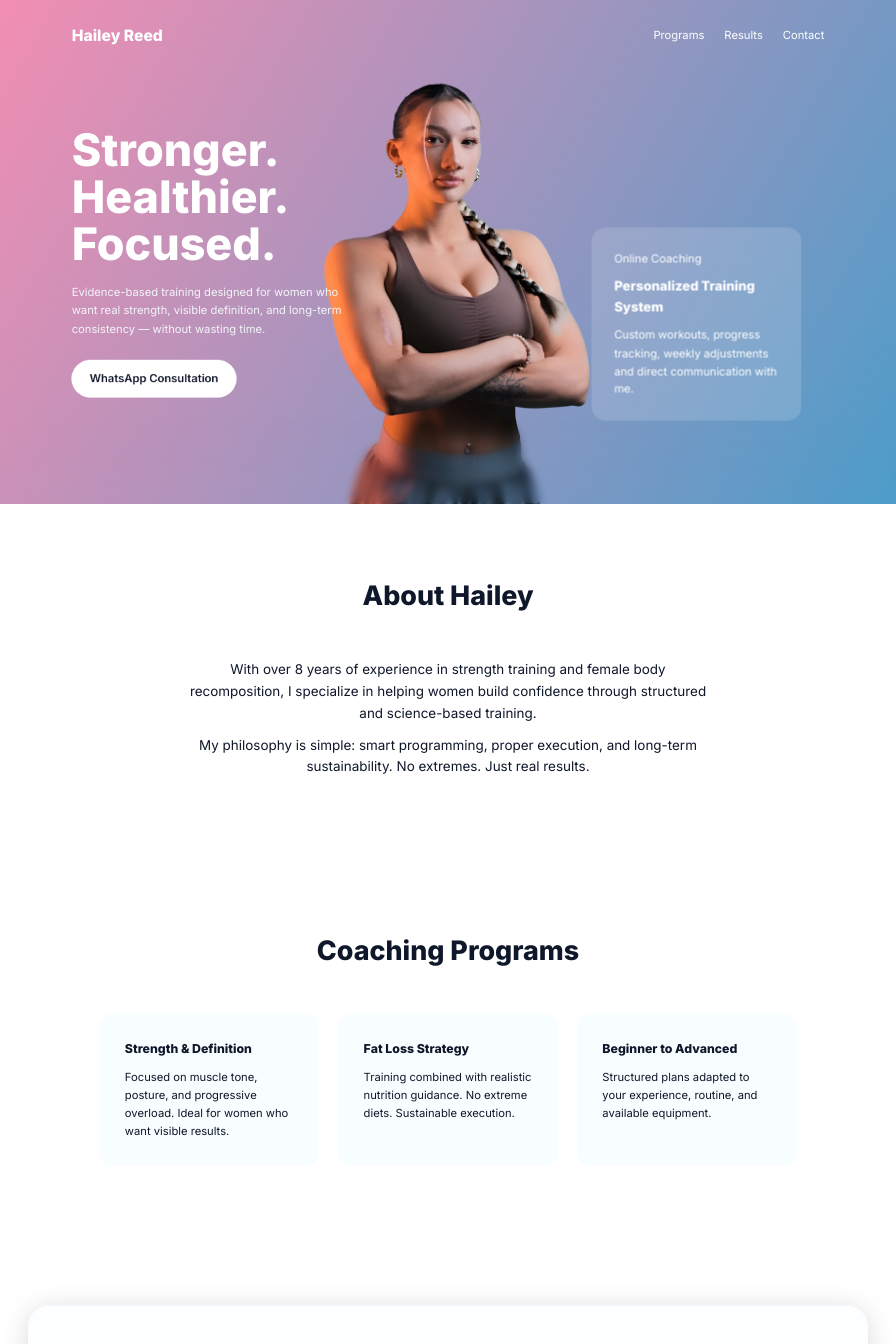
Repository: davidfsillva/Hailey-Reed-Coaching
Page: index.html
The author's editor kept a copy of each file at every save. The page is drawn from the files as they stood at one save, then again after the next save.
The browser window is 1280 px wide. The pictures show the part of the page from y = 0 to 1920 px (the page is 4763 px tall), at 70% of full size.

Above is the page before, as saved 2026-02-13 12:21:25.

### index.html
<!DOCTYPE html>
<html lang="en">
<head>
  <meta charset="UTF-8" />
  <meta name="viewport" content="width=device-width, initial-scale=1.0" />
  <title>Personal Trainer | Online Coaching</title>
  <link rel="stylesheet" href="style.css" />
  <link rel="preconnect" href="https://fonts.googleapis.com">
  <link rel="preconnect" href="https://fonts.gstatic.com" crossorigin>
  <link href="https://fonts.googleapis.com/css2?family=Inter:wght@400;600;800&display=swap" rel="stylesheet">
</head>
<body>

<header class="hero">
  <nav class="nav">
    <h1 class="logo">Hailey Reed</h1>
    <div class="nav-links">
      <a href="#programs">Programs</a>
      <a href="#results">Results</a>
      <a href="#ct">Contact</a>
    </div>
  </nav>

  <img class="hero-img" src="img/Photoroom_20260211_45117 PM.png" alt="Trainer" />

  <div class="hero-gradient"></div>

  <div class="hero-content">
    <div class="hero-text">
<h2 class="hero-title">
  Stronger. <br>
  Healthier. <br>
  Focused.
</h2>

      <p>
        Evidence-based training designed for women who <br>
        want real strength, visible definition, and long-term <br>
        consistency — without wasting time.
      </p>
      <div class="cta-group hero-cta">
        <a href="https://wa.me/5599999999999" target="_blank" class="btn primary whatsapp-btn">
          WhatsApp Consultation
        </a>
      </div>
    </div>

    <div class="hero-card">
      <span class="tag">Online Coaching</span>
      <h3>Personalized Training System</h3>
      <p>
        Custom workouts, progress tracking, weekly adjustments
        and direct communication with me.
      </p>
    </div>
  </div>
</header>

<!-- ABOUT SECTION -->
<section class="section">
  <h3>About Hailey</h3>
  <div class="testimonial">
    <p>
      With over 8 years of experience in strength training and female body
      recomposition, I specialize in helping women build confidence through
      structured and science-based training.
    </p>
    <p>
      My philosophy is simple: smart programming, proper execution,
      and long-term sustainability. No extremes. Just real results.
    </p>
  </div>
</section>

<section id="programs" class="section">
  <h3>Coaching Programs</h3>

  <div class="cards">
    <div class="card">
      <h4>Strength & Definition</h4>
      <p>
        Focused on muscle tone, posture, and progressive overload.
        Ideal for women who want visible results.
      </p>
    </div>

    <div class="card">
      <h4>Fat Loss Strategy</h4>
      <p>
        Training combined with realistic nutrition guidance.
        No extreme diets. Sustainable execution.
      </p>
    </div>

    <div class="card">
      <h4>Beginner to Advanced</h4>
      <p>
        Structured plans adapted to your experience, routine,
        and available equipment.
      </p>
    </div>
  </div>
</section>

<!-- HOW IT WORKS -->
<section class="section dark">
  <h3>How It Works</h3>

  <div class="cards">
    <div class="card">
      <h4>1. Initial Consultation</h4>
      <p>
        We discuss your goals, routine, training history,
        and current physical condition.
      </p>
    </div>

    <div class="card">
      <h4>2. Custom Plan Creation</h4>
      <p>
        A personalized workout structure is designed
        specifically for your body and objectives.
      </p>
    </div>

    <div class="card">
      <h4>3. Weekly Adjustments</h4>
      <p>
        Progress tracking and adjustments ensure continuous
        improvement and optimal results.
      </p>
    </div>
  </div>
</section>

<section id="results" class="section dark">
  <h3>Client Feedback</h3>

  <div class="testimonial">
    <p>
      “This coaching completely changed how I train.
      Every session has a clear purpose and I finally feel strong.”
    </p>
    <span>— Samantha M.</span>
  </div>
</section>

<!-- TRANSFORMATION PROCESS -->
<section class="section">
  <h3>The Transformation Process</h3>

  <div class="testimonial">
    <p>
      Sustainable transformation is not about intensity —
      it's about consistency.
    </p>
    <p>
      Through progressive overload, intelligent recovery,
      and realistic nutrition, we create measurable and lasting results.
    </p>
  </div>
</section>

<!-- FAQ -->
<section class="section">
  <h3>Frequently Asked Questions</h3>

  <div class="cards">
    <div class="card">
      <h4>Do I need gym access?</h4>
      <p>
        Not necessarily. Programs can be adapted for home training
        with minimal equipment.
      </p>
    </div>

    <div class="card">
      <h4>Is nutrition included?</h4>
      <p>
        Yes. You receive structured guidance focused on sustainable habits,
        not restrictive diets.
      </p>
    </div>

    <div class="card">
      <h4>How long until I see results?</h4>
      <p>
        Most clients notice strength improvements within weeks
        and visible body changes within 8–12 weeks.
      </p>
    </div>
  </div>
</section>

<!-- FINAL CTA SECTION -->
<section id="ct" class="section dark">
  <div class="testimonial">
    <h3>Ready to Transform?</h3>
    <p>
      Your strongest, healthiest version starts with a decision.
      Let’s build it together.
    </p>
    <div class="cta-group center">
      <a href="https://wa.me/5599999999999" target="_blank" class="btn primary">
        Apply for Coaching
      </a>
    </div>
  </div>
</section>

<footer class="footer">
  <p>© 2026 Hailey Reed Coaching. All rights reserved.</p>
</footer>

<script src="script.js"></script>
</body>
</html>

### style.css
:root {
  --pink: #f07aa5;
  --blue: #2e8bc0;
  --dark: #0f172a;
  --light: #ffffff;
  --muted: #cbd5e1;
}

/* ================= RESET ================= */
* {
  margin: 0;
  padding: 0;
  box-sizing: border-box;
  font-family: 'Inter', sans-serif;
}

body {
  background: var(--light);
  color: var(--dark);
  line-height: 1.6;
}

/* ================= HERO ================= */
.hero {
  position: relative;
  min-height: 100vh;
  padding: 32px 8%;
  color: white;
  overflow: hidden;
}

/* IMAGEM */
.hero-img {
  position: absolute;
  top: 50%;
  left: 50%;
  transform: translate(-50%, -50%);
  width: 60%;
  max-width: 500px;
  height: auto;
  z-index: 2;
}

/* GRADIENTE */
.hero-gradient {
  position: absolute;
  inset: 0;
  background: linear-gradient(
    120deg,
    rgba(240,122,165,0.85),
    rgba(46,139,192,0.85)
  );
  z-index: 1;
}

/* CONTEÚDO */
.hero-content {
  position: relative;
  z-index: 5;
}

/* TEXTO */
.hero-text {
  display: flex;
  flex-direction: column;
  justify-content: center;
  height: 85vh;
  max-width: 550px;
}

.hero-title {
  font-size: clamp(2.8rem, 5vw, 4.5rem);
  line-height: 1.05;
  margin-bottom: 24px;
}

.hero-text p {
  max-width: 480px;
  font-size: 1rem;
  color: #f1f5f9;
}

/* BLUR INFERIOR */
.hero::after {
  content: "";
  position: absolute;
  bottom: 0;
  left: 0;
  width: 100%;
  height: 120px;
  backdrop-filter: blur(6px);
  -webkit-backdrop-filter: blur(6px);
  mask-image: linear-gradient(to top, black 40%, transparent 100%);
  pointer-events: none;
  z-index: 3;
}

/* ================= BOTÕES ================= */
.cta-group {
  display: flex;
  gap: 16px;
  margin-top: 32px;
  flex-wrap: wrap;
}

.btn {
  padding: 14px 26px;
  border-radius: 999px;
  font-weight: 600;
  text-decoration: none;
  display: inline-block;
  transition: all 0.35s cubic-bezier(0.22, 1, 0.36, 1);
  will-change: transform;
}

.whatsapp-btn {
  background: linear-gradient(120deg, var(--pink), var(--blue)) ;
  color: var(--light) !important;
}

.whatsapp-btn:hover {
  background: linear-gradient(120deg, var(--pink), var(--blue)) !important;
  color: var(--dark);
  box-shadow: 0 10px 25px rgba(0, 0, 0, 0.884);
  transform: translateY(-4px) !important;
  background-size: 200% 200%;

}

.btn.primary {
  background: var(--light);
  color: var(--dark) !important;
  background-size: 200% 200%;
}

.btn.primary:hover {
  background: linear-gradient(120deg, var(--pink), var(--blue));
  color: white;
  background-position: right center;
  transform: translateY(-4px) !important;
  box-shadow: 0 10px 25px rgba(240,122,165,0.3);
  transition: all 0.4s ease;


}

.btn.secondary {
  background: linear-gradient(120deg, var(--pink), var(--blue));
  color: var(--light);
  background-size: 200% 200%;

}

.btn.secondary:hover {
  background: linear-gradient(120deg, var(--pink), var(--blue));  color: white;
  box-shadow: 0 10px 25px rgba(240,122,165,0.3);
  transform: translateY(-4px) !important;



}


/* ================= HERO CARD ================= */
.hero-card {
  position: absolute;
  top: 42%;
  right: 3%;
  width: 300px;
  background: rgba(255,255,255,0.15);
  backdrop-filter: blur(18px);
  padding: 32px;
  border-radius: 20px;
  z-index: 4;
}



.hero-card h3 {
  margin: 12px 0;
}

/* ================= NAVBAR ================= */
.nav {
  position: relative;
  z-index: 10;
  display: flex;
  justify-content: space-between;
  align-items: center;
}

.logo {
  font-weight: 800;
  font-size: 1.4rem;
}

.nav-links a {
  position: relative;
  color: white;
  margin-left: 24px;
  text-decoration: none;
  font-weight: 500;
  padding-bottom: 4px;
}

.nav-links a::after {
  content: "";
  position: absolute;
  left: 0;
  bottom: 0;
  width: 0%;
  height: 2px;
  background: white;
  transition: width 0.3s ease;
}

.nav-links a:hover::after {
  width: 100%;
}

/* ================= SECTIONS ================= */
.section {
  padding: 100px 8%;
  max-width: 1200px;
  margin: auto;
}

.section h3 {
  font-size: 2.4rem;
  margin-bottom: 60px;
  text-align: center;
}

.cards {
  display: grid;
  grid-template-columns: repeat(auto-fit, minmax(260px, 1fr));
  gap: 28px;
}

.card {
  background: rgb(248, 253, 255);
  padding: 36px;
  border-radius: 18px;
  transition: 0.3s ease;
}

.card:hover {
  transform: translateY(-6px);
}

.card h4 {
  margin-bottom: 14px;
  font-size: 1.1rem;
}

/* ================= DARK SECTIONS ================= */
.dark {
  background: rgb(252, 254, 255);
  border-radius: 30px;
  color: var(--dark);
  margin: 100px auto;
  padding: 100px 8%;
  box-shadow: 0 5px 40px rgba(0,0,0,0.15);
}


.dark .card {
  background: rgba(255,255,255,0.06);
  color: var(--dark);
  box-shadow: 0 20px 60px rgba(0,0,0,0.15);
}

.dark .card:hover {
  background: rgba(255,255,255,0.1);
}

/* ================= TESTIMONIAL ================= */
.testimonial {
  max-width: 750px;
  margin: auto;
  text-align: center;
}

.testimonial p {
  font-size: 1.2rem;
  margin-bottom: 16px;
}

.contact-text {
  text-align: center;
  max-width: 520px;
  margin: 0 auto 32px;
}

.center {
  justify-content: center;
}

/* ================= FOOTER ================= */
.footer {
  padding: 32px;
  text-align: center;
  background: linear-gradient(120deg, var(--pink), var(--blue));
  color: white;
  font-size: 0.85rem;
}

/* ================= RESPONSIVE ================= */
@media (max-width: 1024px) {

  .hero-card {
    position: relative;
    top: unset;
    right: unset;
    margin-top: 40px;
    width: 100%;
    max-width: 400px;
  }

  .hero-text {
    height: auto;
    text-align: center;
    margin-top: 80px;
  }

  .hero-text p {
    margin: auto;
  }

  .hero-img {
    width: 75%;
  }
}

@media (max-width: 768px) {

  .nav {
    flex-direction: column;
    align-items: center;
  }

  .nav-links {
    display: flex;
    gap: 30px;
    margin-top: 10px;
  }

  .nav-links a {
    margin-left: 0;
  }

  .hero-card {
    width: 95%;
    max-width: 660px;
    margin: 275px auto 0;
    padding: 15px;
    border-radius: 16px;
  }

  .hero-card h3 {
    font-size: 1rem;
  }

  .hero-card p {
    font-size: 0.85rem;
    line-height: 1.4;
  }

  .hero-img {
    width: 90%;
    top: 50%;
  }

  .hero-title {
    font-size: 1.5rem;
    margin-bottom: 20px;
    display: flex;
    justify-content: center;
    gap: 8px;
    flex-wrap: nowrap;
    line-height: 1;
  }

  .hero-title br {
    display: none;
  }

  .hero-text {
    height: auto;
    justify-content: flex-start;
    margin-top: 10px;
    text-align: center;
  }

  .hero-text p {
    display: none;
  }

  .section {
    padding: 80px 6%;
  }

  /* Apenas o botão do HERO */
  .hero-cta {
    position: relative;
    transform: none;
    z-index: 6;
    justify-content: center;
  }

  .hero-content {
    display: flex;
    flex-direction: column;
    align-items: center; /* centraliza horizontalmente */
    justify-content: center; /* centraliza verticalmente */
    gap: 24px; /* espaço entre título, botão e card */
    z-index: 5;
    position: relative;
  }


  /* Botões de contato / final */
  .cta-group {
    position: relative;
    transform: none;
    z-index: 1;
    display: flex;
    justify-content: center;
  }

  .btn.primary {
    transform: none;
  }

  .whatsapp-btn {
    margin-top: 480px;
    position: absolute;       /* permite mover livremente */
    transform: translateX(-50%); /* centraliza exatamente */
    z-index: 6;               /* acima de imagens e cards */
  }
}

@media (max-width: 480px) {

  .hero {
    padding: 24px 6%;
  }

  .btn {
    width: 100%;
    text-align: center;
  }

  .cta-group {
    flex-direction: column;
  }
}

### script.js
// ===============================
// SMOOTH SCROLL
// ===============================
document.querySelectorAll('a[href^="#"]').forEach(anchor => {
  anchor.addEventListener('click', function (e) {
    const target = document.querySelector(this.getAttribute('href'));
    if (!target) return;

    e.preventDefault();
    target.scrollIntoView({ behavior: 'smooth' });
  });
});


// ===============================
// NAVBAR SCROLL EFFECT
// ===============================
const nav = document.querySelector(".nav");

window.addEventListener("scroll", () => {
  if (!nav) return;

  if (window.scrollY > 50) {
    nav.style.background = "rgba(15, 23, 42, 0.85)";
    nav.style.backdropFilter = "blur(10px)";
    nav.style.padding = "16px 8%";
    nav.style.transition = "all 0.3s ease";
  } else {
    nav.style.background = "transparent";
    nav.style.backdropFilter = "none";
    nav.style.padding = "";
  }
});


// ===============================
// SCROLL REVEAL (melhor performance)
// ===============================
const revealElements = document.querySelectorAll(".section, .card, .testimonial");

const revealOnScroll = () => {
  const triggerBottom = window.innerHeight * 0.85;

  revealElements.forEach(el => {
    const elementTop = el.getBoundingClientRect().top;

    if (elementTop < triggerBottom) {
      el.style.opacity = "1";
      el.style.transform = "translateY(0)";
    }
  });
};

// Estado inicial
revealElements.forEach(el => {
  el.style.opacity = "0";
  el.style.transform = "translateY(40px)";
  el.style.transition = "opacity 0.8s ease, transform 0.8s ease";
});

window.addEventListener("scroll", revealOnScroll);
window.addEventListener("load", revealOnScroll);



// ===============================
// HERO IMAGE PARALLAX (DESKTOP ONLY)
// ===============================
const heroImg = document.querySelector(".hero-img");

if (heroImg && window.innerWidth > 768) {
  window.addEventListener("scroll", () => {
    const scrollPosition = window.scrollY;
    heroImg.style.transform =
      `translate(-50%, calc(-50% + ${scrollPosition * 0.12}px))`;
  });
}



// ===============================
// BUTTON FADE-IN ON LOAD
// ===============================
window.addEventListener("load", () => {
  const buttons = document.querySelectorAll(".btn");

  buttons.forEach((btn, index) => {
    btn.style.opacity = "0";
    btn.style.transform = "translateY(20px)";
    btn.style.transition = "opacity 0.6s ease, transform 0.6s ease";

    setTimeout(() => {
      btn.style.opacity = "1";
      btn.style.transform = "translateY(0)";
    }, 300 + index * 150);
  });
});



// ===============================
// CARD HOVER GLOW EFFECT (desktop only)
// ===============================
if (window.innerWidth > 768) {

  const cards = document.querySelectorAll(".card");

  cards.forEach(card => {

    card.addEventListener("mousemove", (e) => {
      const rect = card.getBoundingClientRect();
      const x = e.clientX - rect.left;
      const y = e.clientY - rect.top;

      card.style.background = `
        radial-gradient(circle at ${x}px ${y}px,
        rgba(240,122,165,0.18),
        rgba(255,255,255,0.03))
      `;
    });

    card.addEventListener("mouseleave", () => {
      card.style.background = "";
    });

  });

}

After the next save:
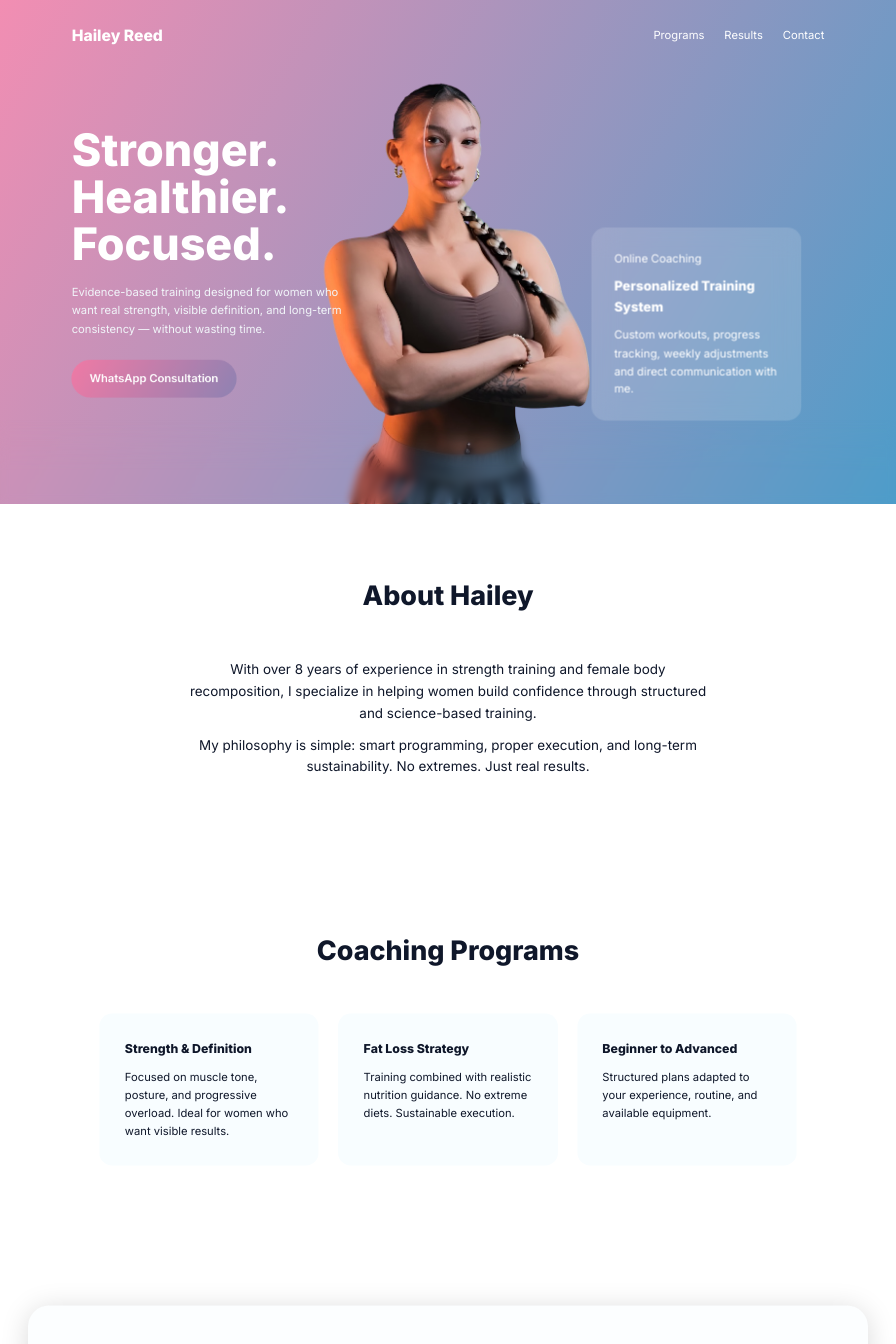
Saved 57 s later.
--- a/style.css
+++ b/style.css
@@ -128,8 +128,8 @@ body {
 }
 
 .btn.primary {
-  background: var(--light);
-  color: var(--dark) !important;
+  background: linear-gradient(120deg, var(--pink), var(--blue));
+  color: var(--light);
   background-size: 200% 200%;
 }
 
